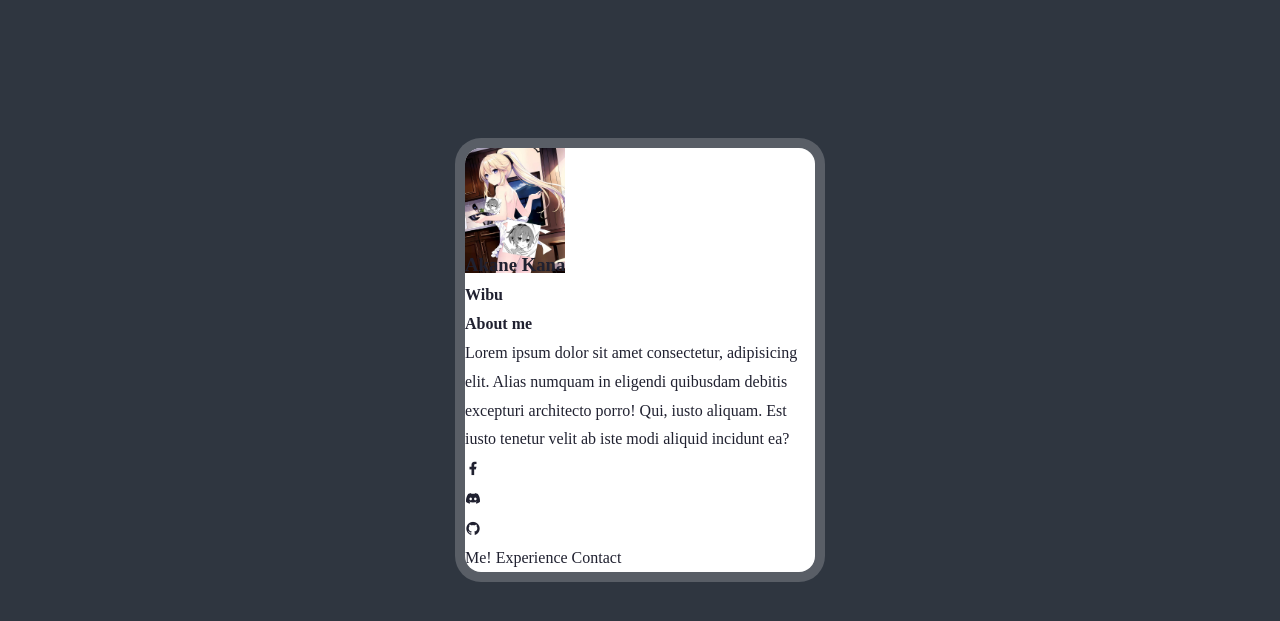
Repository: AkaneKana/AkaneKana
Page: index.html
An editor plug-in stored every save of this project. The page is shown before and after a run of saves, followed by the edit.
The browser window is 1280 px wide. The pictures show the whole page.
Some web fonts or font styles are not loaded; a fallback is used. Some web libraries are served in a nearby version.

Above is the page before, as saved 2023-05-19 15:11:09.

### index.html
<!DOCTYPE html>
<html lang="en">
<head>
  <meta charset="UTF-8">
  <meta http-equiv="X-UA-Compatible" content="IE=edge">
  <meta name="viewport" content="width=device-width, initial-scale=1.0">
  <title>Profle Card</title>
  <link rel="stylesheet" href="style.css">
  <link href="https://cdn.jsdelivr.net/npm/remixicon@3.2.0/fonts/remixicon.css" rel="stylesheet">
</head>
<body>
  <div id="page" class="site">
    <div class="container">
      <div class="card">
        <header>
          <div class="thumbnail">
            <img src="assets/image.jpg" alt="">
          </div>
          <div class="meta">
            <h3>Akane Kana</h3>
            <h4>Wibu</h4>
          </div>
        </header>
        <section>
          <div id="me" class="me">
            <h4 class="section-title">About me</h4>
            <p>Lorem ipsum dolor sit amet consectetur, adipisicing elit. Alias numquam in eligendi quibusdam debitis excepturi architecto porro! Qui, iusto aliquam. Est iusto tenetur velit ab iste modi aliquid incidunt ea?</p>
            <div class="social">
              <ul>
                <li><a href="#"><i class="ri-facebook-fill"></i></a></li>
                <li><a href="#"><i class="ri-discord-fill"></i></a></li>
                <li><a href="#"><i class="ri-github-fill"></i></a></li>
              </ul>
            </div>
          </div>
        </section>
        <footer>
          <nav>
            <a href="#">Me!</a>
            <a href="#">Experience</a>
            <a href="#">Contact</a>
            <span></span>
          </nav>
        </footer>
      </div>
    </div>
  </div>

  <script src="script.js"></script>
</body>
</html>

### style.css
@import url('https://font.googleapis.com/css2?family=Poppins:wght@400;600;800&display=swap');
:root{
  --primary-color: #eb3b5a;
  --white-color: #ffffff;
  --light-color: #ced6e0;
  --grey-color: #737181;
  --dark-color: #202130;

  --shadow: 0 10px 10px -8px;
}

*{
  margin: 0;
  padding: 0;
}

*,::before,::after {
  box-sizing: border-box;
}

body{
  font-family: 'Poppins';
  font-size: 16px;
  font-weight: 400;
  line-height: 1.8;
  color: var(--dark-color);
  background-color: #2f3640;
}

a {
  text-decoration: none;
  color: inherit;
}

ul{
  list-style: none;
}

img{
  max-width: 100%;
  vertical-align: middle;
}

.site{
  display: flex;
  align-items: center;
  justify-content: center;
  height: 100vh;
}

.container{
  max-width: 1024px;
  padding: 0 2em;
  margin: 0 auto;
}

.card{
  max-width: 350px;
  background-color: var(--white-color);
  border-radius: 1em;
  box-shadow: 0 0 0 10px rgb(255 255 255 /20%);
  overflow: hidden;
}

.card .thumbnail {
  width: 100px;
  height: 100px;
}

.card .thumbnail img {
  object-fit: cover;
  width: 100p%;

Loaded but not shown: script.js (no copy from this time; the picture is the same without it)

After the next 4 saves:
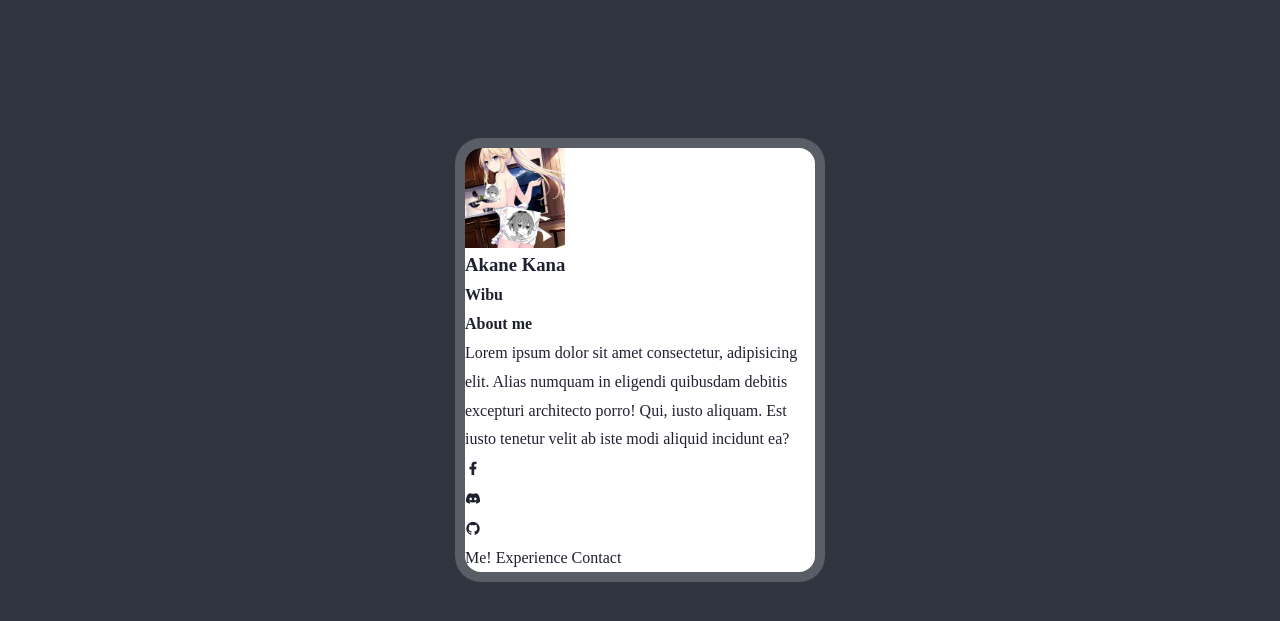
The 4 saves are shown as one change because they came seconds apart.
The last was saved 10 s later.
--- a/style.css
+++ b/style.css
@@ -69,4 +69,5 @@
 
 .card .thumbnail img {
   object-fit: cover;
-  width: 100p%;
+  width: 100%;
+  height: 100%;
